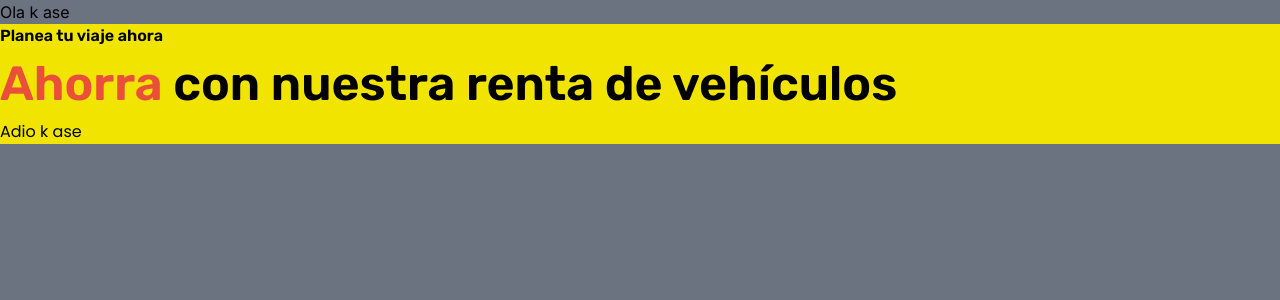
Repository: aldovelacasas/PF_RentCar2
Page: /homePage
An editor plug-in stored every save of this project. The page is shown before and after the next save, followed by the edit.
The browser window is 1280 px wide. The pictures show the whole page.
The project was rebuilt for these pictures with package versions that can differ from the ones it lists, and the page was loaded fresh each time. The framework's server and built-in components were replaced by stand-ins that run in the browser. Also part of the build but not shown: next.config.js.

Above is the page before, as saved 2023-08-29 18:54:07.

After the next save:
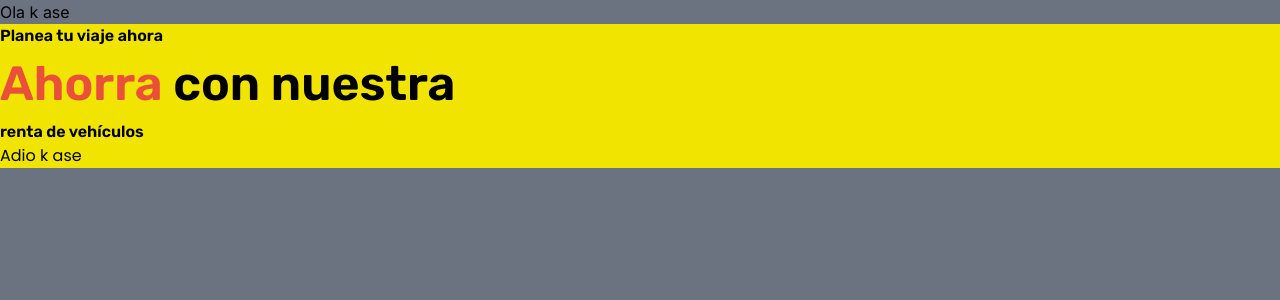
Saved 58 s later.
--- a/src/app/homePage/page.jsx
+++ b/src/app/homePage/page.jsx
@@ -16,10 +16,10 @@ function HomePage() {
   return (
     <div className={`bg-amarillo_status ${rubik}`}>
       <p className={`${poppins.className}`}>Planea tu viaje ahora</p>
-      <h1 className="text-[3em]">
-        <span className="text-naranja_enf">Ahorra </span>con nuestra renta de
-        vehículos
-      </h1>
+      <p className="text-[3em]">
+        <span className="text-naranja_enf">Ahorra </span>con nuestra{" "}
+      </p>
+      <p>renta de vehículos</p>
       <div>
         <p className={`${poppins}`}>Adio k ase</p>
       </div>
